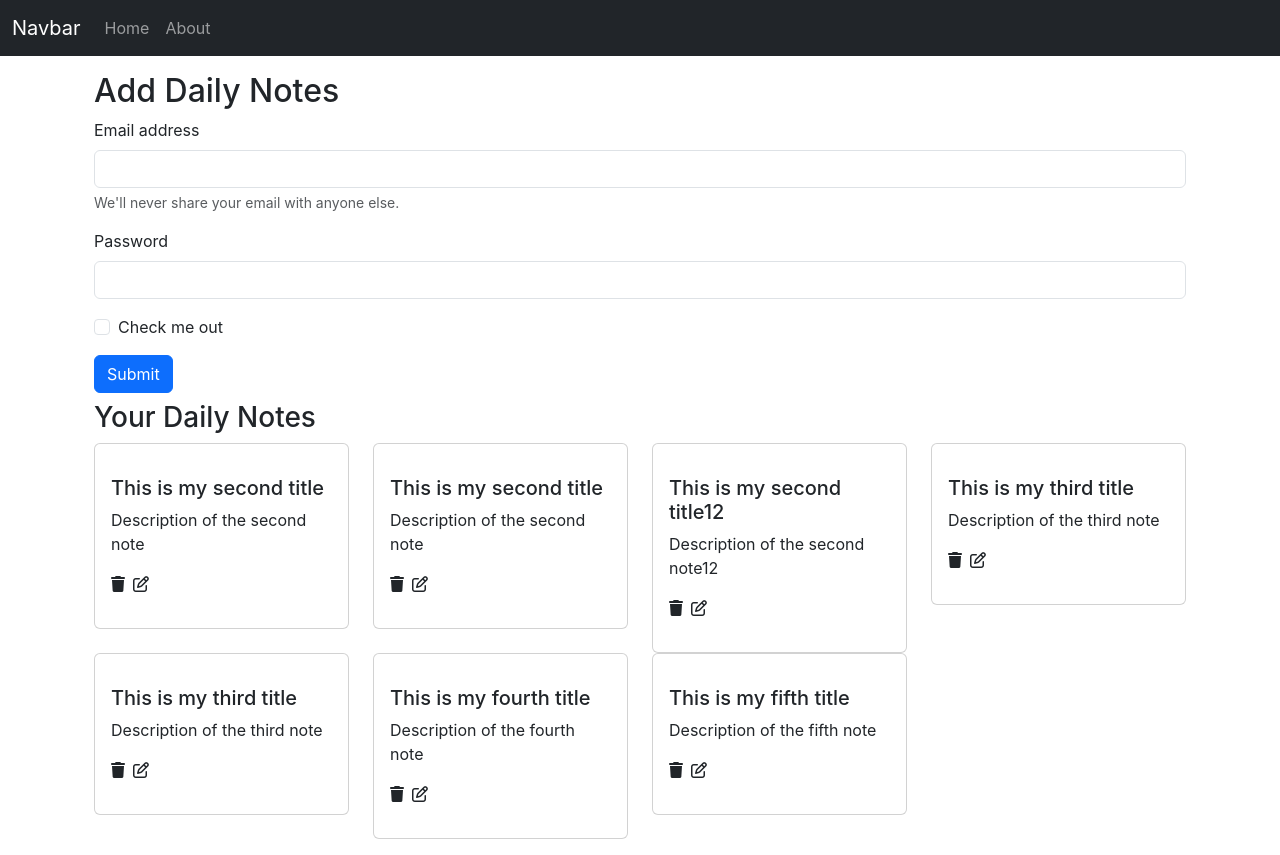
Repository: alphacode77/DailyNotes-react
Page: /
An editor plug-in stored every save of this project. The page is shown before and after the next save, followed by the edit.
The browser window is 1280 px wide. The pictures show the whole page.
Some web libraries are served in a nearby version. The project was rebuilt for these pictures with package versions that can differ from the ones it lists, and the page was loaded fresh each time. Also part of the build but not shown: src/App.css, src/components/About.js.

Above is the page before, as saved 2023-02-25 22:26:07.

### public/index.html
<!DOCTYPE html>
<html lang="en">
  <head>
    <meta charset="utf-8" />
    <link rel="icon" href="%PUBLIC_URL%/favicon.ico" />
    <meta name="viewport" content="width=device-width, initial-scale=1" />
    <meta name="theme-color" content="#000000" />
    <meta
      name="description"
      content="Web site created using create-react-app"
    />
    <link rel="apple-touch-icon" href="%PUBLIC_URL%/logo192.png" />
    <!--
      manifest.json provides metadata used when your web app is installed on a
      user's mobile device or desktop. See https://developers.google.com/web/fundamentals/web-app-manifest/
    -->
    <link rel="manifest" href="%PUBLIC_URL%/manifest.json" />
    <!--
      Notice the use of %PUBLIC_URL% in the tags above.
      It will be replaced with the URL of the `public` folder during the build.
      Only files inside the `public` folder can be referenced from the HTML.

      Unlike "/favicon.ico" or "favicon.ico", "%PUBLIC_URL%/favicon.ico" will
      work correctly both with client-side routing and a non-root public URL.
      Learn how to configure a non-root public URL by running `npm run build`.
    -->
    <link href="https://cdn.jsdelivr.net/npm/bootstrap@5.3.0-alpha1/dist/css/bootstrap.min.css" rel="stylesheet" integrity="sha384-GLhlTQ8iRABdZLl6O3oVMWSktQOp6b7In1Zl3/Jr59b6EGGoI1aFkw7cmDA6j6gD" crossorigin="anonymous">
    <title>React App</title>
  </head>
  <body>
    <noscript>You need to enable JavaScript to run this app.</noscript>
    <div id="root"></div>
    <!--
      This HTML file is a template.
      If you open it directly in the browser, you will see an empty page.

      You can add webfonts, meta tags, or analytics to this file.
      The build step will place the bundled scripts into the <body> tag.

      To begin the development, run `npm start` or `yarn start`.
      To create a production bundle, use `npm run build` or `yarn build`.
    -->
    <script src="https://cdn.jsdelivr.net/npm/bootstrap@5.3.0-alpha1/dist/js/bootstrap.bundle.min.js" integrity="sha384-w76AqPfDkMBDXo30jS1Sgez6pr3x5MlQ1ZAGC+nuZB+EYdgRZgiwxhTBTkF7CXvN" crossorigin="anonymous"></script>
    <script src="https://kit.fontawesome.com/320aa9be75.js" crossorigin="anonymous"></script>
  </body>
</html>

### src/App.js
import './App.css';
import Navbar from './components/Navbar';
import Home from './components/Home';
import About from './components/About';
import NoteState from './Context/Notes/NoteState';
import {
  BrowserRouter as Router,
  Route,
  Routes
} from "react-router-dom";

function App() {
  return (
    <>
    <NoteState>
    <Router>
      <Navbar/>
    <div className='container'>
    <Routes>
      <Route exact path="/" element={<Home/>} />
      <Route exact path="/home" element={<Home/>} />
      <Route exact path="/about" element={<About/>} />
      {/* <Route exactPath="/navbar" element={<Navbar/>} /> */}
    </Routes>
    </div>
  </Router>
  </NoteState>
    </>

  );
}

export default App;

### src/components/Navbar.js
import React, { useEffect }  from 'react'
import { Link , useLocation} from 'react-router-dom'

const Navbar = ()=>{
  let location = useLocation();
  useEffect(()=>{
console.log(location.pathname)
  },[location])
  return (
     <>
     <nav className="navbar navbar-expand-lg navbar-dark  bg-dark">
  <div className="container-fluid">
    <Link className="navbar-brand" to="/">Navbar</Link>
    <button className="navbar-toggler" type="button" data-bs-toggle="collapse" data-bs-target="#navbarSupportedContent" aria-controls="navbarSupportedContent" aria-expanded="false" aria-label="Toggle navigation">
      <span className="navbar-toggler-icon"></span>
    </button>
    <div className="collapse navbar-collapse" id="navbarSupportedContent">
      <ul className="navbar-nav me-auto mb-2 mb-lg-0">
        <li className="nav-item">
          <Link className={`nav-link  ${location.pathname==="/home"?"active":""}`} aria-current="page" to="/home">Home</Link>
        </li>
        <li className="nav-item">
          <Link className={`nav-link ${location.pathname==="/about"?"active":""}`} to="/about">About</Link>
        </li>
      </ul>
    </div>
  </div>
</nav>
     </>
    )
}

export default Navbar

### src/components/Home.js
import React from "react"
import Notes from "./Notes"

const Home =()=>{

    return(
        <>
        <div className="container my-3">
            <h2> Add Daily Notes</h2>
        <form className="my-2">
  <div class="mb-3">
    <label for="exampleInputEmail1" class="form-label">Email address</label>
    <input type="email" class="form-control" id="exampleInputEmail1" aria-describedby="emailHelp"/>
    <div id="emailHelp" class="form-text">We'll never share your email with anyone else.</div>
  </div>
  <div class="mb-3">
    <label for="exampleInputPassword1" class="form-label">Password</label>
    <input type="password" class="form-control" id="exampleInputPassword1"/>
  </div>
  <div class="mb-3 form-check">
    <input type="checkbox" class="form-check-input" id="exampleCheck1"/>
    <label class="form-check-label" for="exampleCheck1">Check me out</label>
  </div>
  <button type="submit" class="btn btn-primary">Submit</button>
</form>
<Notes/>
</div>

        </>
    )
}

export default Home

### src/Context/Notes/NoteState.js
import React,{useState} from "react";
import NoteContext from "./NoteContext"


const NoteState = (props)=>{
   const initalNotes= [
    {
      "_id": "63f3b6c7c686985aada677be",
      "user": "63f20b9a00ad623ad3d4dae2",
      "title": "This is my second title",
      "description": "Description of the second note",
      "tag": "demo check",
      "date": "2023-02-20T18:07:03.296Z",
      "__v": 0
    },
    {
      "_id": "63f3b892a3086ff244bcc267",
      "user": "63f20b9a00ad623ad3d4dae2",
      "title": "This is my second title",
      "description": "Description of the second note",
      "tag": "demo check",
      "date": "2023-02-20T18:14:42.184Z",
      "__v": 0
    },
    {
      "_id": "63f3b89ca3086ff244bcc26b",
      "user": "63f20b9a00ad623ad3d4dae2",
      "title": "This is my second title12",
      "description": "Description of the second note12",
      "tag": "demo check",
      "date": "2023-02-20T18:14:52.449Z",
      "__v": 0
    },
    {
      "_id": "63f49f58882156f0ed94969e",
      "user": "63f20b9a00ad623ad3d4dae2",
      "title": "This is my third title",
      "description": "Description of the third note",
      "tag": "personal",
      "date": "2023-02-21T10:39:20.800Z",
      "__v": 0
    },
    {
      "_id": "63f49f58882156f0ed94969e",
      "user": "63f20b9a00ad623ad3d4dae2",
      "title": "This is my third title",
      "description": "Description of the third note",
      "tag": "personal",
      "date": "2023-02-21T10:39:20.800Z",
      "__v": 0
    },
    {
      "_id": "63f9002ae5c6479c6e95d43e",
      "user": "63f20b9a00ad623ad3d4dae2",
      "title": "This is my fourth title",
      "description": "Description of the fourth note",
      "tag": "personal",
      "date": "2023-02-24T18:21:30.036Z",
      "__v": 0
    },
    {
      "_id": "63f90b33480d3d651f2ba231",
      "user": "63f20b9a00ad623ad3d4dae2",
      "title": "This is my fifth title",
      "description": "Description of the fifth note",
      "tag": "personal",
      "date": "2023-02-24T19:08:35.605Z",
      "__v": 0
    }
  ]
  const [notes,setNotes]=useState(initalNotes)
    return (
        <NoteContext.Provider value={{notes,setNotes}}>
            {props.children}
        </NoteContext.Provider>

    )
}

export default NoteState;

### src/components/Notes.js
import React,{useContext} from 'react'
import NoteContext from '../Context/Notes/NoteContext'
import Noteitem from "./Noteitem"

function Notes() {
    const context=useContext(NoteContext)
    const{notes,setNotes} = context
  return (
<div className="row my-2">
    <h3>Your Daily Notes</h3>
    {notes.map((notes)=>{
        return <Noteitem note={notes}/>
    })}
</div>
  )
}

export default Notes

### src/Context/Notes/NoteContext.js
import {createContext} from 'react'

const NoteContext = createContext();

export default NoteContext;

### src/components/Noteitem.js
import React from 'react'

const Noteitem=(props)=> {
    const {note}=props
  return (
    <div className='col-md-3'>
        <div className='card'>
            <div className='card-body my-3'>
                <h5 className='card-title'>{note.title}</h5>
                    <p className='card-text'>{note.description}</p>
                    <i class="fa-solid fa-trash"></i>
                    <i class="fa-regular fa-pen-to-square mx-2"></i>
            </div>
        </div>
    </div>
  )
}

export default Noteitem

Loaded but not shown: src/index.js (common file); src/index.css (common file)

After the next save:
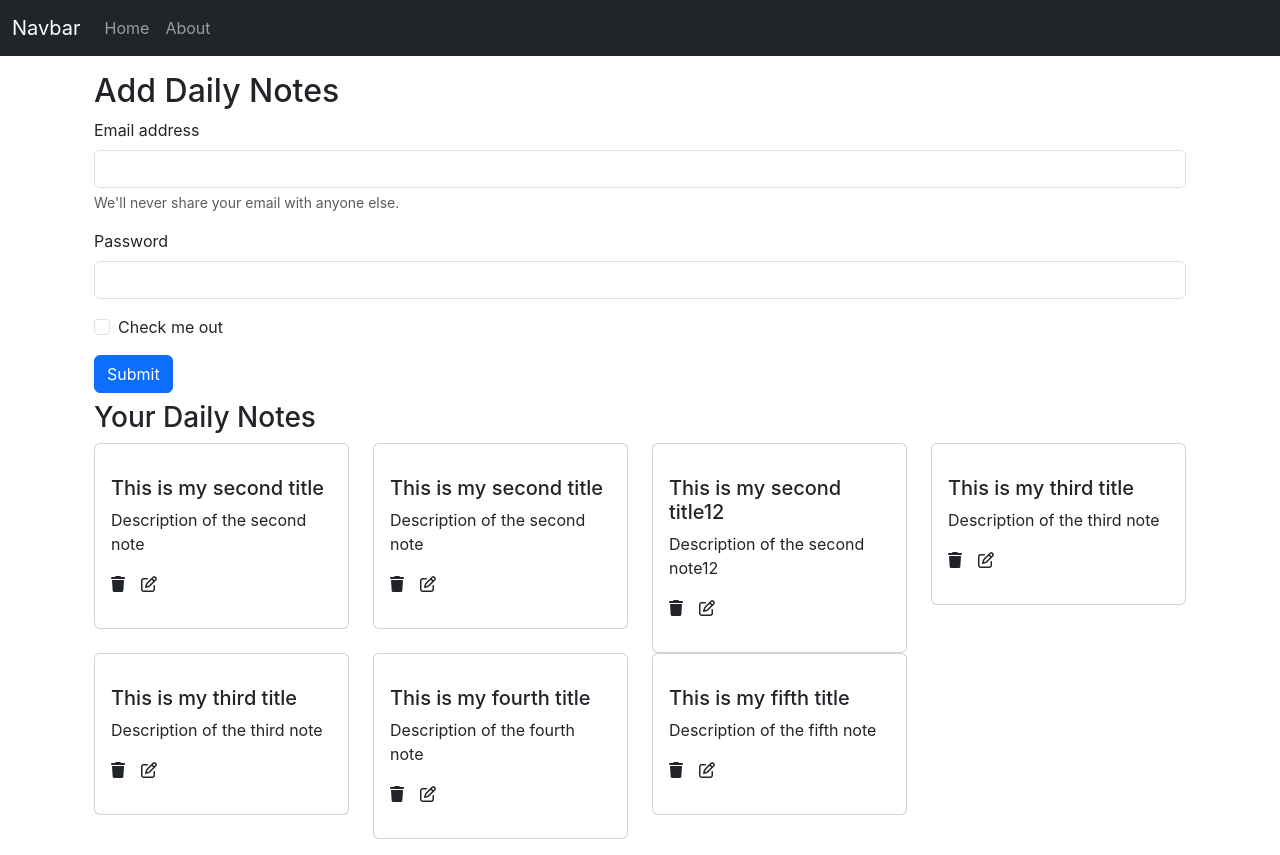
Saved 11 s later.
--- a/src/components/Noteitem.js
+++ b/src/components/Noteitem.js
@@ -9,7 +9,7 @@ const Noteitem=(props)=> {
                 <h5 className='card-title'>{note.title}</h5>
                     <p className='card-text'>{note.description}</p>
                     <i class="fa-solid fa-trash"></i>
-                    <i class="fa-regular fa-pen-to-square mx-2"></i>
+                    <i class="fa-regular fa-pen-to-square mx-3"></i>
             </div>
         </div>
     </div>
